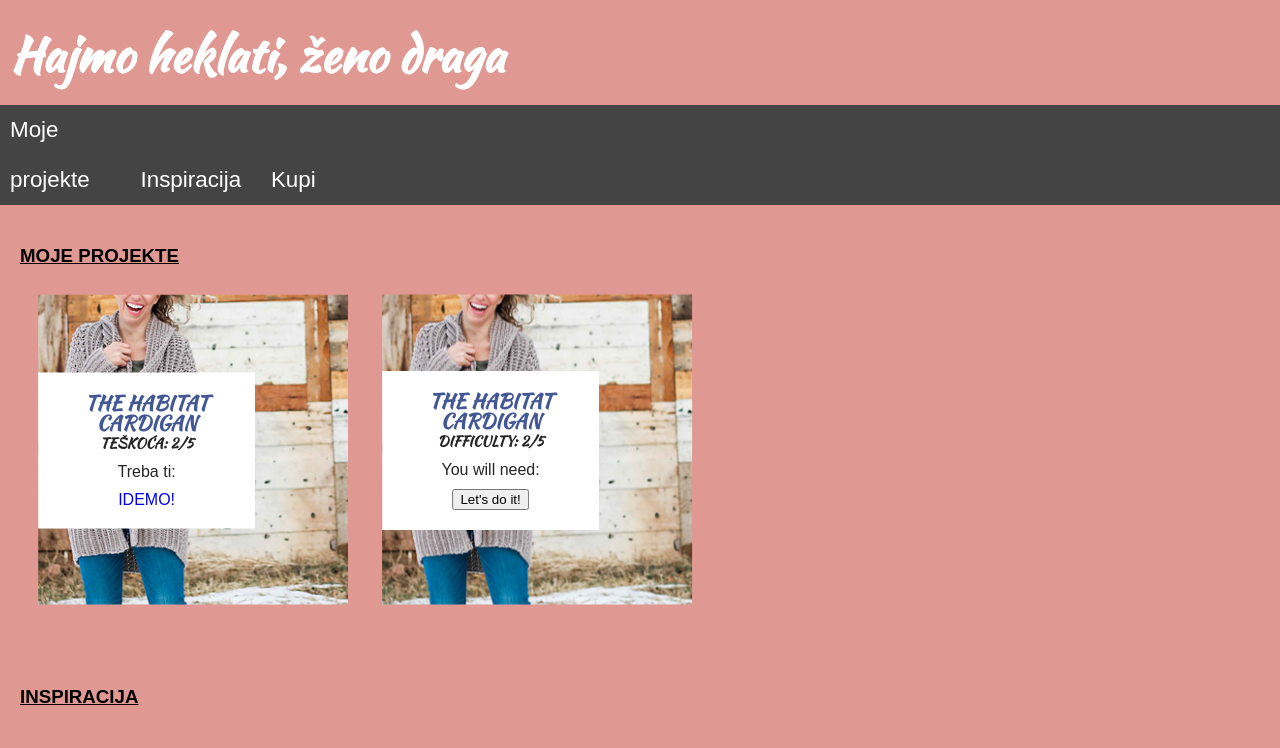
Repository: sdnc/Heklamo
Page: index.html
The author's editor kept a copy of each file at every save. The page is drawn from the files as they stood at one save, then again after the next save.
The browser window is 1280 px wide. The pictures show the whole page.

Above is the page before, as saved 2020-12-24 15:11:45.
Console error: ReferenceError: $ is not defined

After the next save:
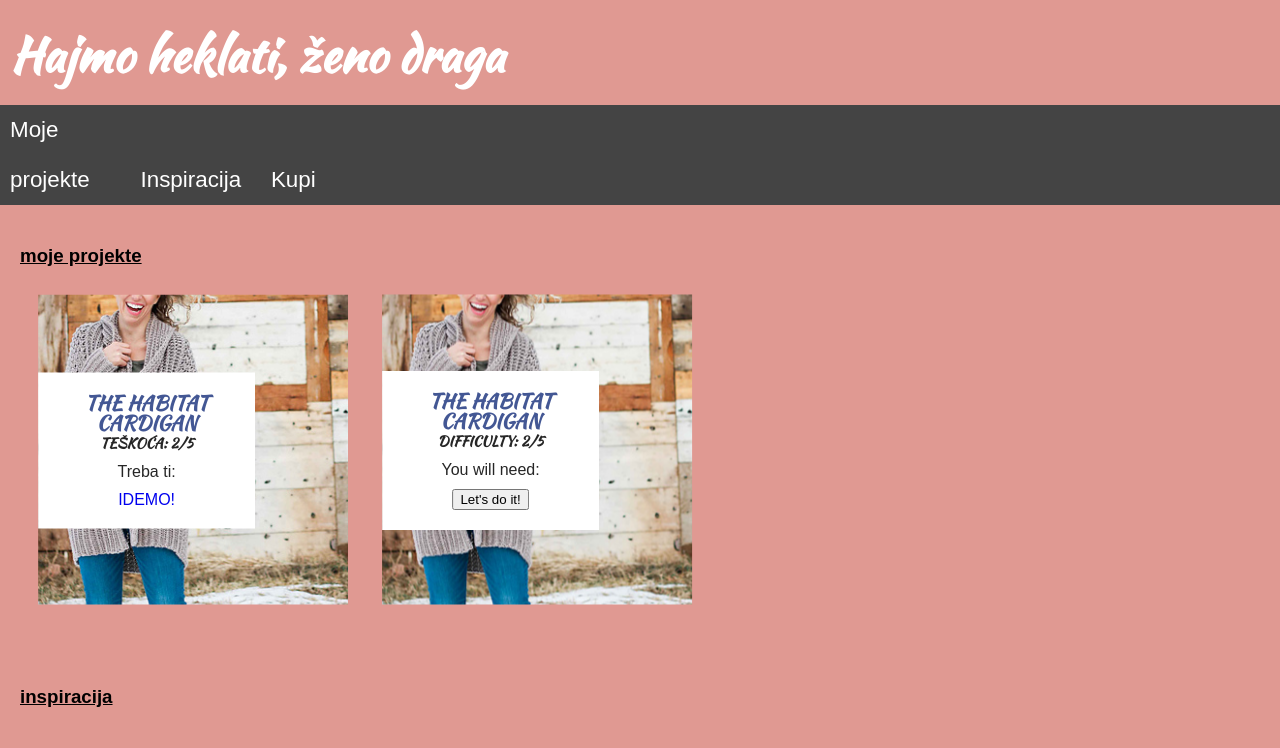
Saved 33 s later.
--- a/styles.css
+++ b/styles.css
@@ -18,6 +18,7 @@
 
 h3 {
   text-decoration: underline;
+  text-transform: lowercase;
 }
 /* NAV BAR */
 

After the save that followed:
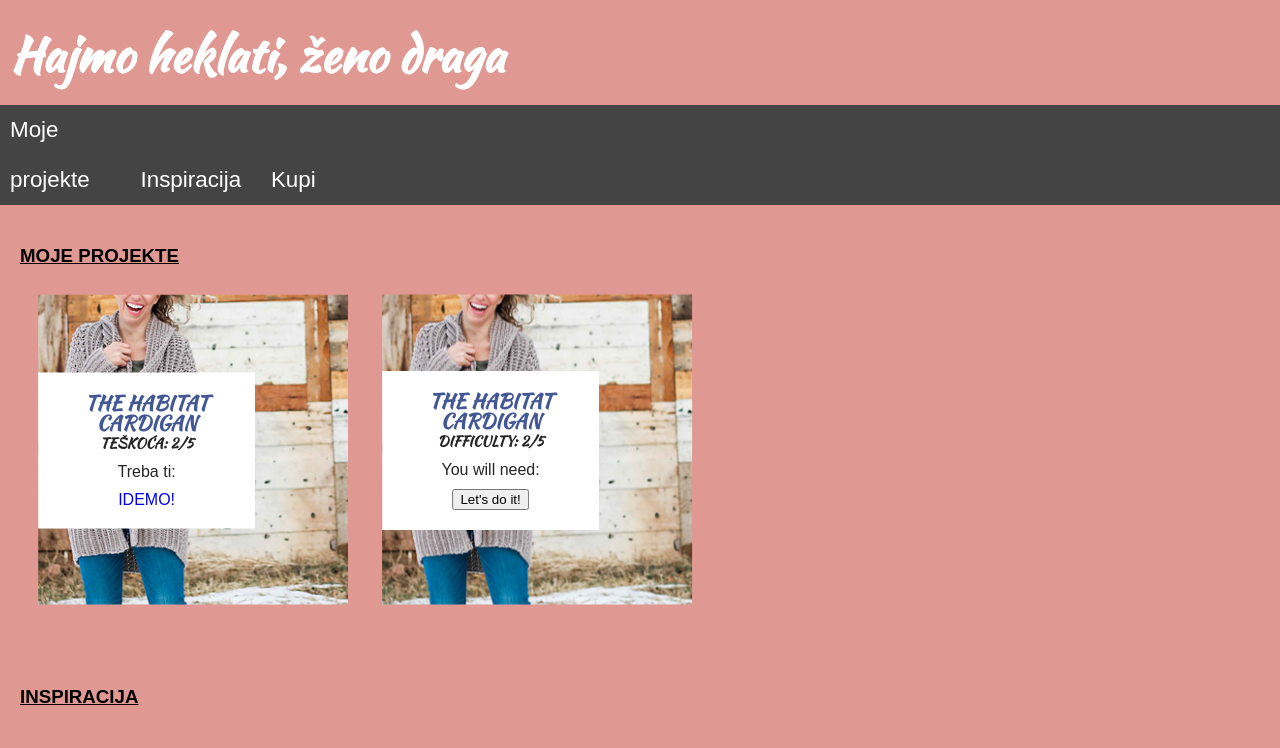
Saved 4 s later.
--- a/styles.css
+++ b/styles.css
@@ -18,7 +18,6 @@
 
 h3 {
   text-decoration: underline;
-  text-transform: lowercase;
 }
 /* NAV BAR */
 
